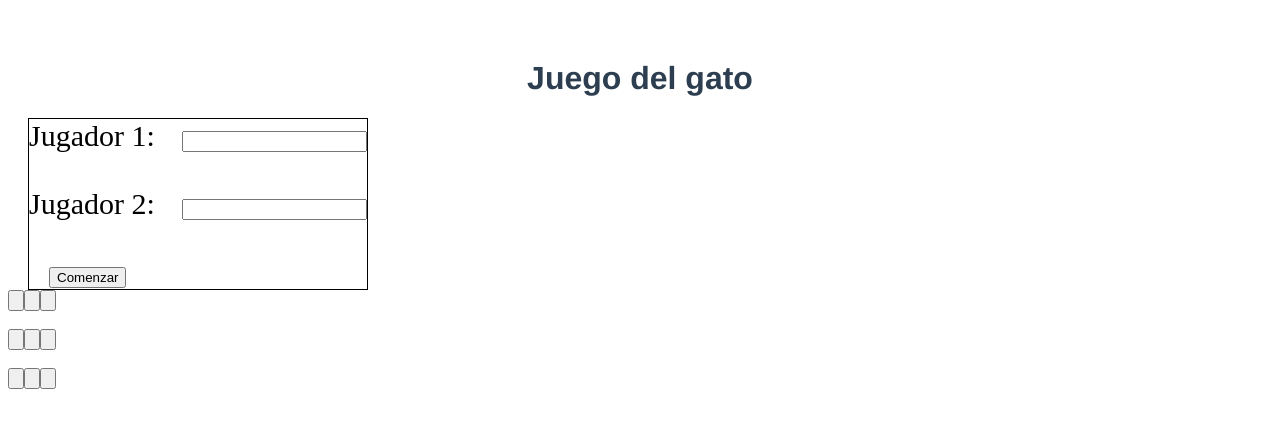
Repository: franciscamanquecheo/Taller-2
Page: / (app in vite-project/)
These files come from the project's save history. The page is drawn as it stood at one moment and after the next save; the edit follows.
The browser window is 1280 px wide. The pictures show the whole page.
The project was rebuilt for these pictures with package versions that can differ from the ones it lists, and the page was loaded fresh each time. Also part of the build but not shown: vite-project/vite.config.ts.

Above is the page before, as saved 2022-06-17 17:35:13.

After the next save:
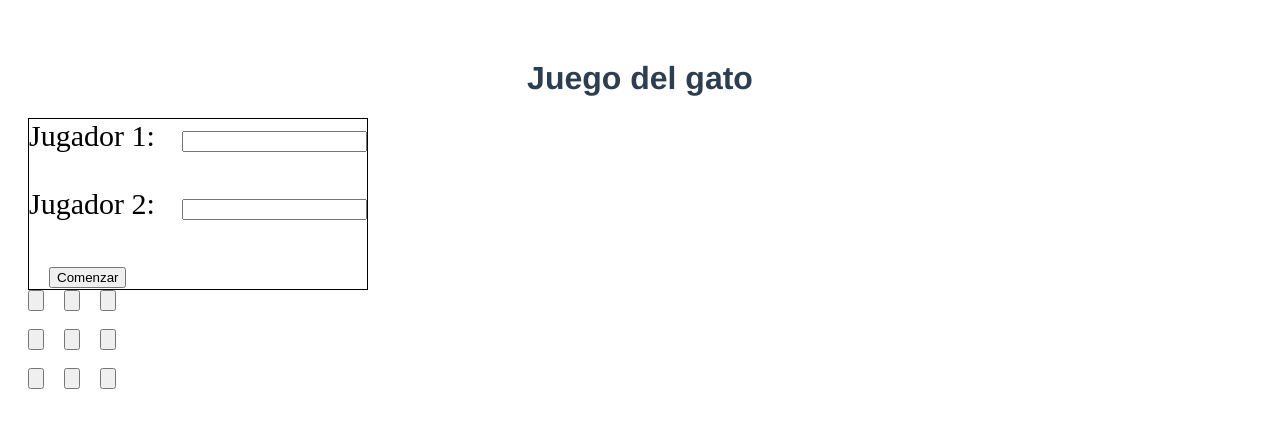
Saved 8 s later.
--- a/vite-project/src/App.vue
+++ b/vite-project/src/App.vue
@@ -64,7 +64,7 @@ font-size: 30px;
 
 }
 input{
-   margin-left: inherit;
+   margin-left: 20px;
 }
 section{
   display: inline-block;
